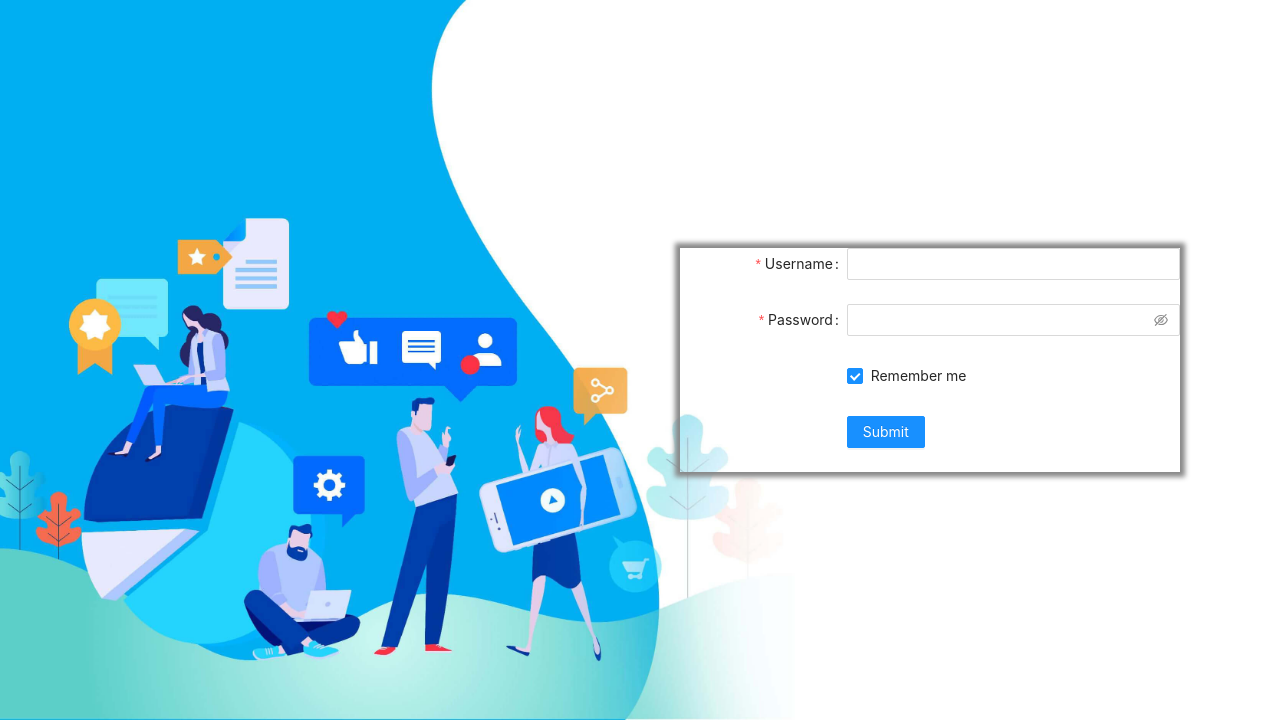
Repository: DallenCat/react-test
Page: /login
These files come from the project's save history. The page is drawn as it stood at one moment and after the next save; the edit follows.
The browser window is 1280 px wide. The pictures show the whole page.
The project was rebuilt for these pictures with package versions that can differ from the ones it lists, and the page was loaded fresh each time. Also part of the build but not shown: src/containers/dashboard/index.js, src/containers/personal/index.js, src/components/layout/index.css, src/components/layout/sider/menu.js, src/components/layout/sider/logo.js, src/components/layout/sider/index.js, src/components/layout/index.js.

Above is the page before, as saved 2021-10-29 17:29:39.

After the next save:
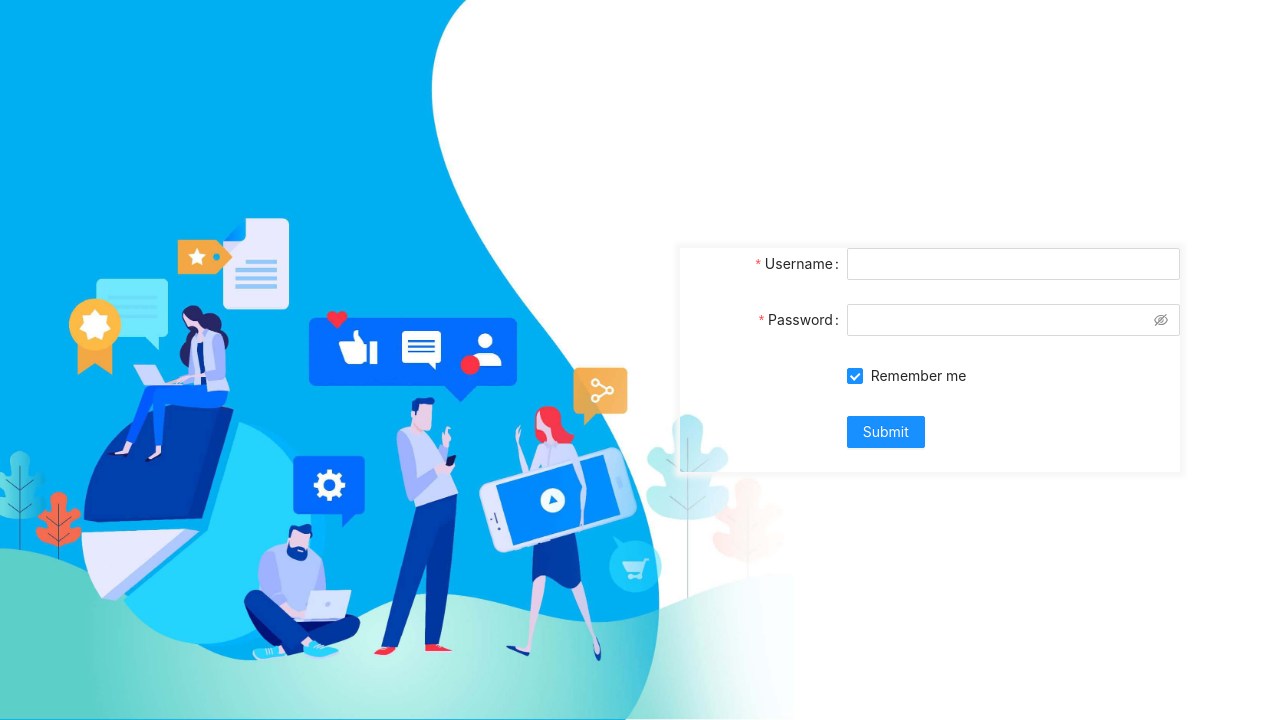
Saved 5 s later.
--- a/src/containers/login/login.scss
+++ b/src/containers/login/login.scss
@@ -12,5 +12,5 @@
 .form {
   width: 500px;
   margin-right: 100px;
-  box-shadow: 0px 0px 5px 5px #888888;
+  box-shadow: 0px 0px 5px 5px #f7f7f7;
 }
